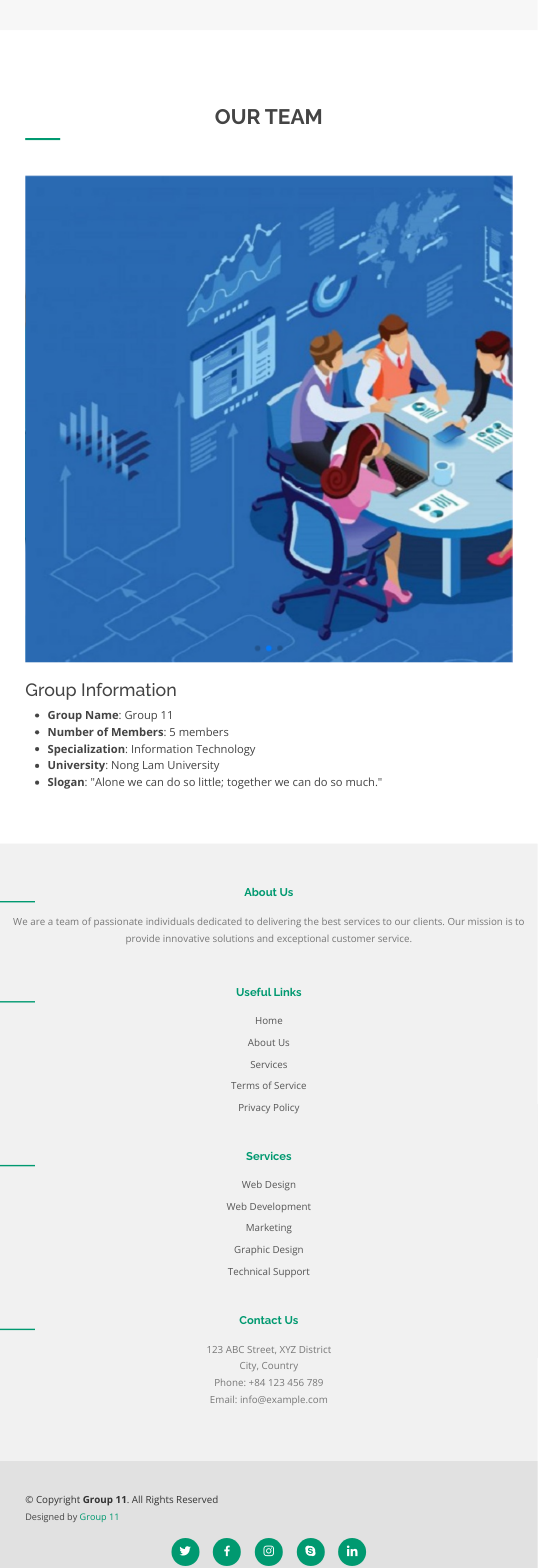
Repository: HoangKhangKhuPho4/Group_Web
Page: index.html
These files come from the project's save history. The page is drawn as it stood at one moment and after the next save; the edit follows.
The browser window is 768 px wide. The pictures show the part of the page from y = 2053 to 4293 px (the page is 4339 px tall before and 3893 px after), at 70% of full size.

Above is the page before, as saved 2024-10-20 00:24:27.

After the next save:
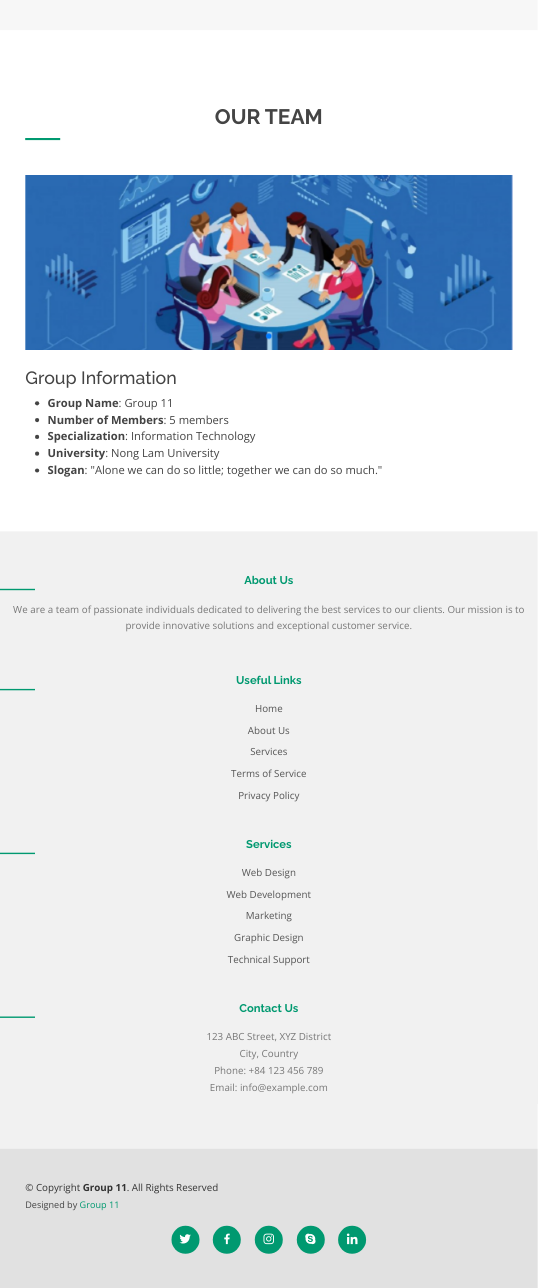
Saved 16 s later.
--- a/assets/css/style.css
+++ b/assets/css/style.css
@@ -629,6 +629,31 @@ section {
     text-align: center;
   }
 
+
+   /* CSS cho Our Team */
+
+   .portfolio-details .portfolio-details-slider {
+    max-height: 400px; /* Giới hạn chiều cao slider */
+    overflow: hidden;
+  }
+
+  .portfolio-details .portfolio-details-slider img {
+    width: 100%;
+    height: auto;
+    max-height: 400px;
+    object-fit: cover;
+  }
+
+  @media (max-width: 768px) {
+    .portfolio-details .portfolio-details-slider {
+      max-height: 250px; /* Giảm chiều cao trên màn hình nhỏ */
+    }
+
+    .portfolio-details .portfolio-details-slider img {
+      max-height: 250px;
+    }
+  }
+
 /*--------------------------------------------------------------
 # Portfolio Details Section
 --------------------------------------------------------------*/
